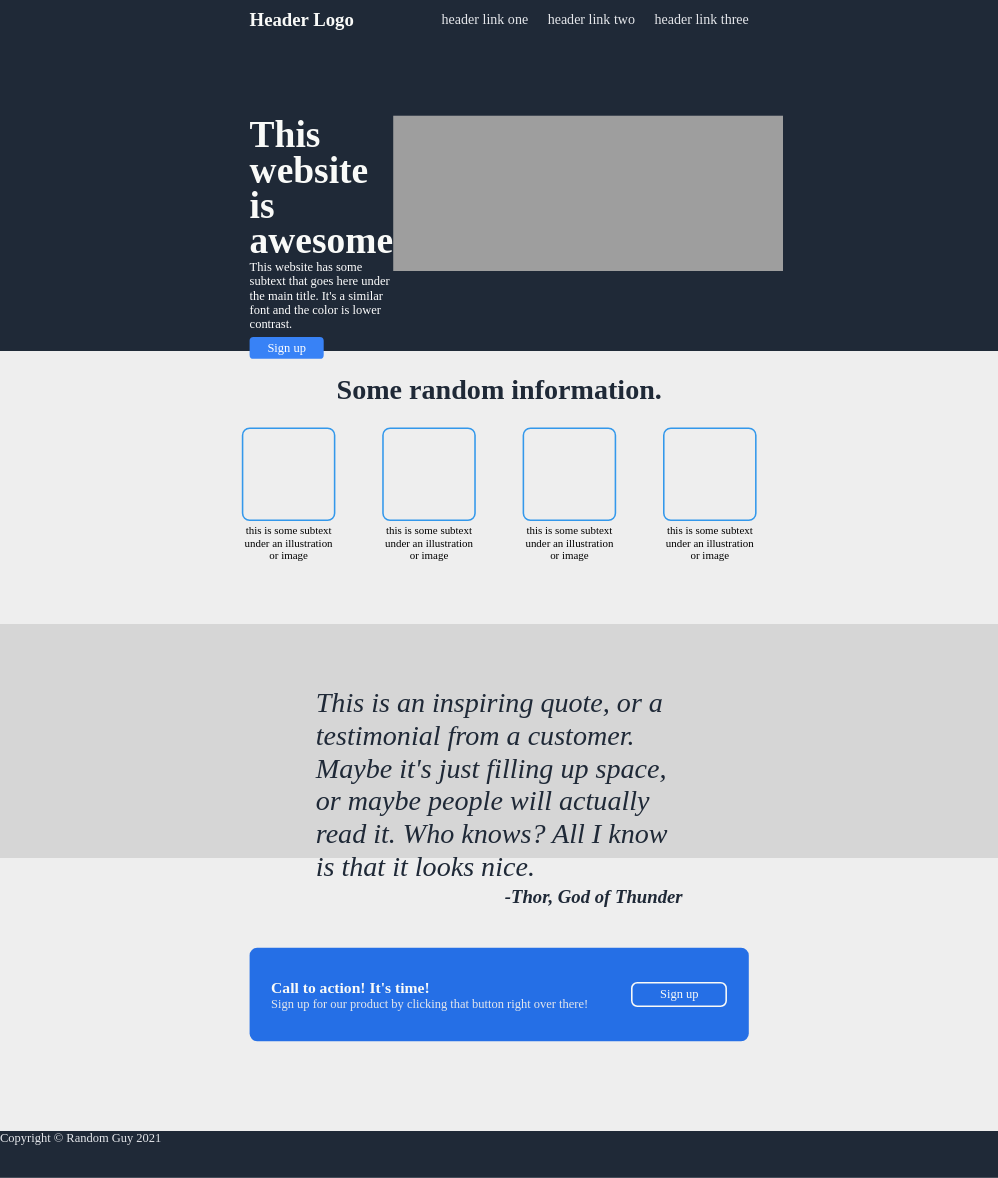
Repository: Pafestivo/Dummy-Landing-Page
Page: index.html
These files come from the project's save history. The page is drawn as it stood at one moment and after the next save; the edit follows.
The browser window is 1280 px wide. The pictures show the whole page, at 78% of full size.
Pictures or frames that could not be fetched are drawn as grey boxes.

Above is the page before, as saved 2022-09-26 19:52:06.

After the next save:
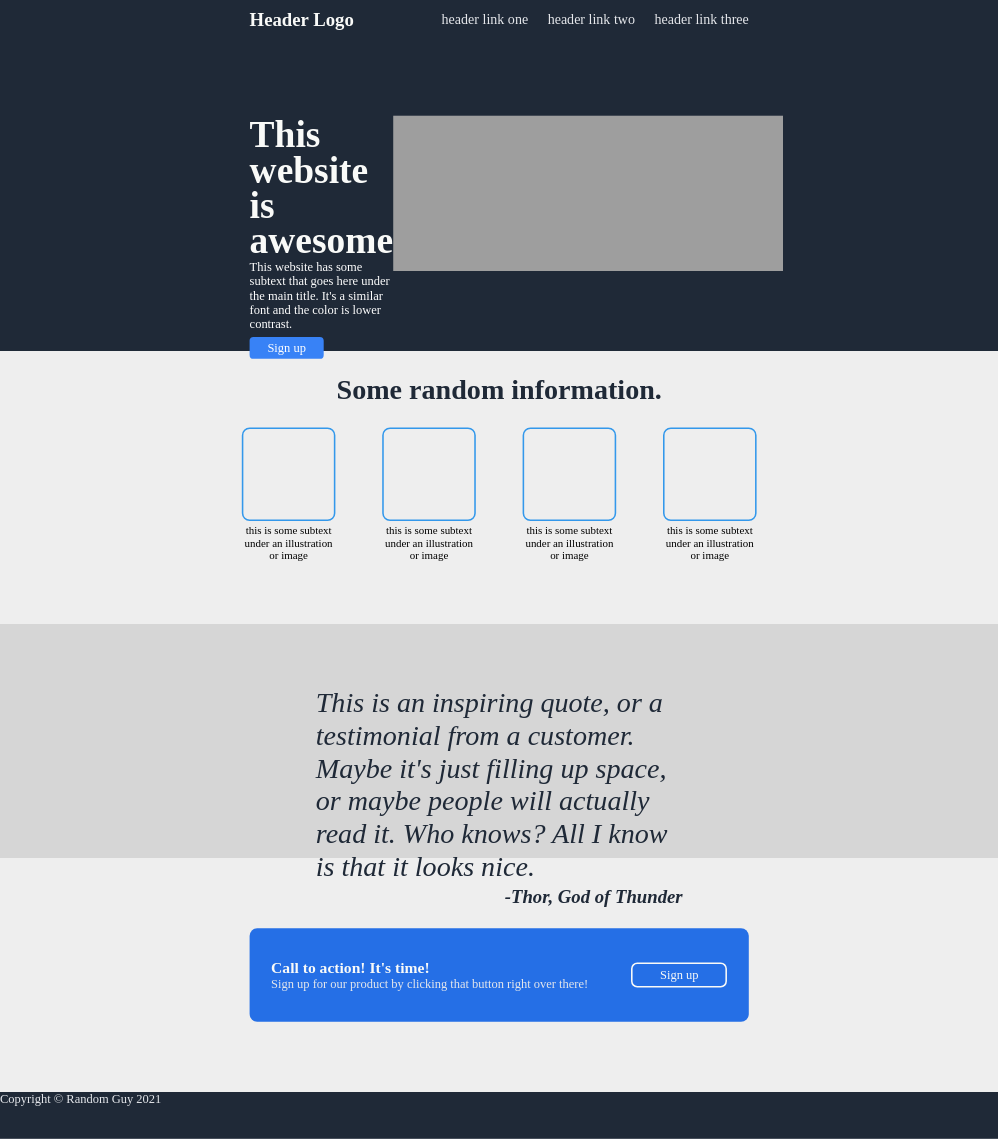
Saved 13 s later.
--- a/styles.css
+++ b/styles.css
@@ -164,7 +164,7 @@ right p {
 
 /* Fourth section */
 .fourth {
-  height: 350px;
+  height: 300px;
   display: flex;
   align-items: center;
 }
